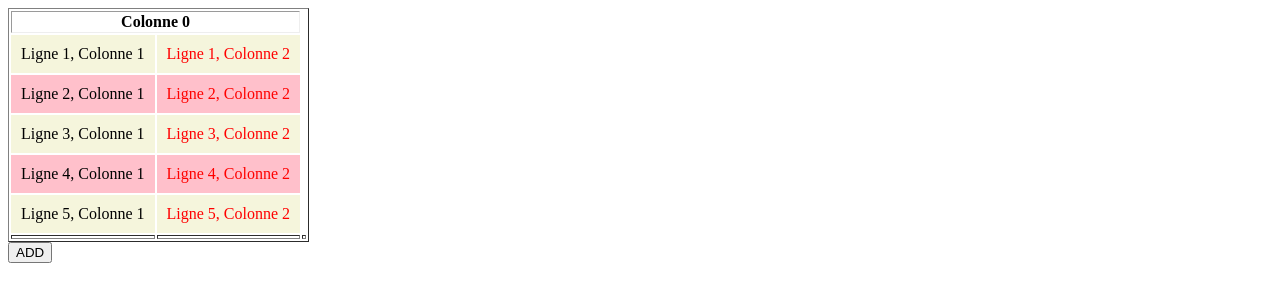
Repository: Chaimaa482/web-tp4
Page: ex1.html
The author's editor kept a copy of each file at every save. The page is drawn from the files as they stood at one save, then again after a run of saves.
The browser window is 1280 px wide. The pictures show the whole page.
After loading, the first visible `button` was clicked once.

Above is the page before, as saved 2023-10-29 14:50:58.

### ex1.html
<!DOCTYPE html>
<html>
<style>
</style>
<body>
    <table border="1">
        <tr>
            <th>Colonne 0</th>
            <th>Colonne 0</th>
        </tr>
        <tr>
            <td>Ligne 1, Colonne 1</td>
            <td>Ligne 1, Colonne 2</td>
        </tr>
        <tr>
            <td>Ligne 2, Colonne 1</td>
            <td>Ligne 2, Colonne 2</td>
        </tr>
        <tr>
            <td>Ligne 3, Colonne 1</td>
            <td>Ligne 3, Colonne 2</td>
        </tr>
        <tr>
            <td>Ligne 4, Colonne 1</td>
            <td>Ligne 4, Colonne 2</td>
        </tr>
        <tr>
            <td>Ligne 5, Colonne 1</td>
            <td>Ligne 5, Colonne 2</td>
        </tr>

    </table>
    <button>ADD</button>

    <script>
        var table = document.getElementsByTagName('table');
        var cells = document.getElementsByTagName("td");
        // Donner une couleur de fond rose aux lignes paires et beige aux lignes impaires
        var rows = document.querySelectorAll("tr");
        for (var i = 1; i < rows.length; i++) {
            if (i % 2 === 0) {
                rows[i].style.backgroundColor = "pink";
            } else {
                rows[i].style.backgroundColor = "beige";
            }
        }

        // Donner une classe col1 aux colonnes paires et col2 aux colonnes impaires
        for (var i = 0; i < cells.length; i++) {
            if (i % 2 === 0) {
                cells[i].style.color= 'black';
            } else {
                cells[i].style.color= 'red';
            }
        }
        //fusionner la premiere line
        var row = document.querySelector('table tr:first-child');
        row.cells[0].colSpan=2;
        row.removeChild(row.cells[1]);


        //delete bordure
        rows[0].style.border = "none";
        for (var i = 0; i < cells.length; i++) {
            cells[i].style.border = "none";
            cells[i].style.padding='10px'
        }

        //making the table cells editable on click
        for (var i = 0; i < cells.length; i++) {
        cells[i].addEventListener("click", function() {
        var cellText = this.innerText;
        this.innerHTML = "<input type='text' value='" + cellText + "'>";
        var input = this.querySelector("input");
        input.focus();
        input.addEventListener("blur", function() {
            cellText = this.value;
            this.parentNode.innerText = cellText;
        });
         }); }

         //
         var addButton = document.querySelector('button');
         addButton.addEventListener('click', function() {
         var newRow = document.createElement('tr');
         newRow.innerHTML = "<td></td><td></td><td></td>";

         document.querySelector('table').appendChild(newRow);

        //  // Attach event listener for delete button in the new row
        //  var deleteButton = newRow.querySelector('.delete-btn');
        //  deleteButton.addEventListener('click', function() {
        //  this.parentNode.parentNode.remove();
        // });
});




    </script>
</body>
</html>

After the next 2 saves:
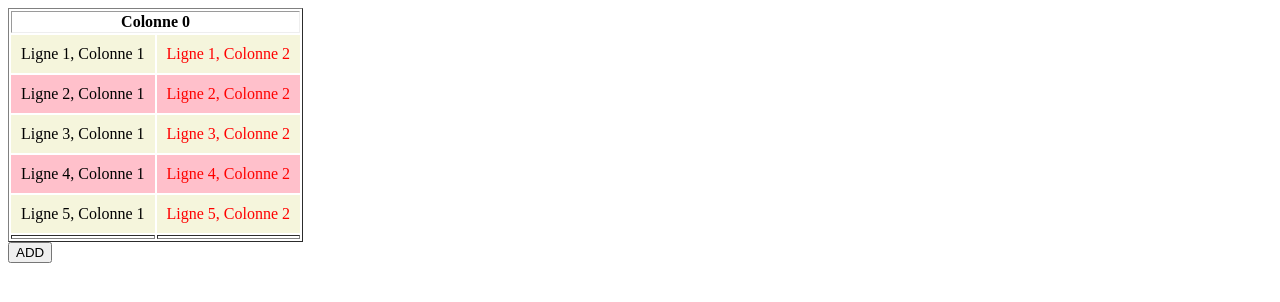
The 2 saves are shown as one change because they came seconds apart.
The last was saved 35 s later.
--- a/ex1.html
+++ b/ex1.html
@@ -83,7 +83,7 @@
          var addButton = document.querySelector('button');
          addButton.addEventListener('click', function() {
          var newRow = document.createElement('tr');
-         newRow.innerHTML = "<td></td><td></td><td></td>";
+         newRow.innerHTML = "<td></td><td></td>";
 
          document.querySelector('table').appendChild(newRow);
 
